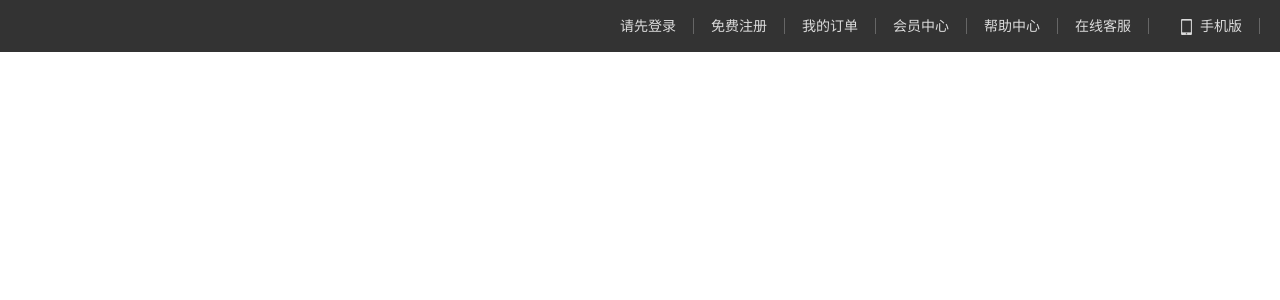
Repository: DengBiHua/xtx_pc_client
Page: index.html
The author's editor kept a copy of each file at every save. The page is drawn from the files as they stood at one save, then again after the next save.
The browser window is 1280 px wide. The pictures show the whole page.

Above is the page before, as saved 2022-04-16 10:43:26.

After the next save:
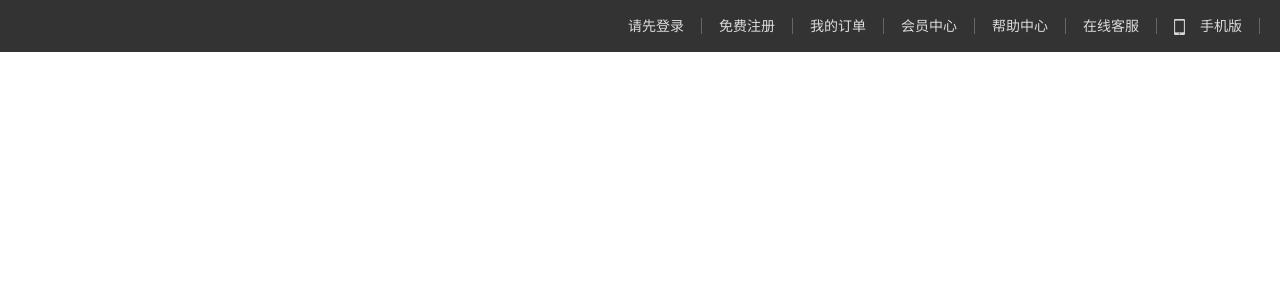
Saved 35 s later.
--- a/css/common.css
+++ b/css/common.css
@@ -30,7 +30,7 @@
 
 .header .wrapper li a span {
     display: inline-block;
-    margin: 0 8px 0 15px;
+    margin-right: 15px;
     width: 11px;
     height: 16px;
     background-image: url(../images/sprites.png);
